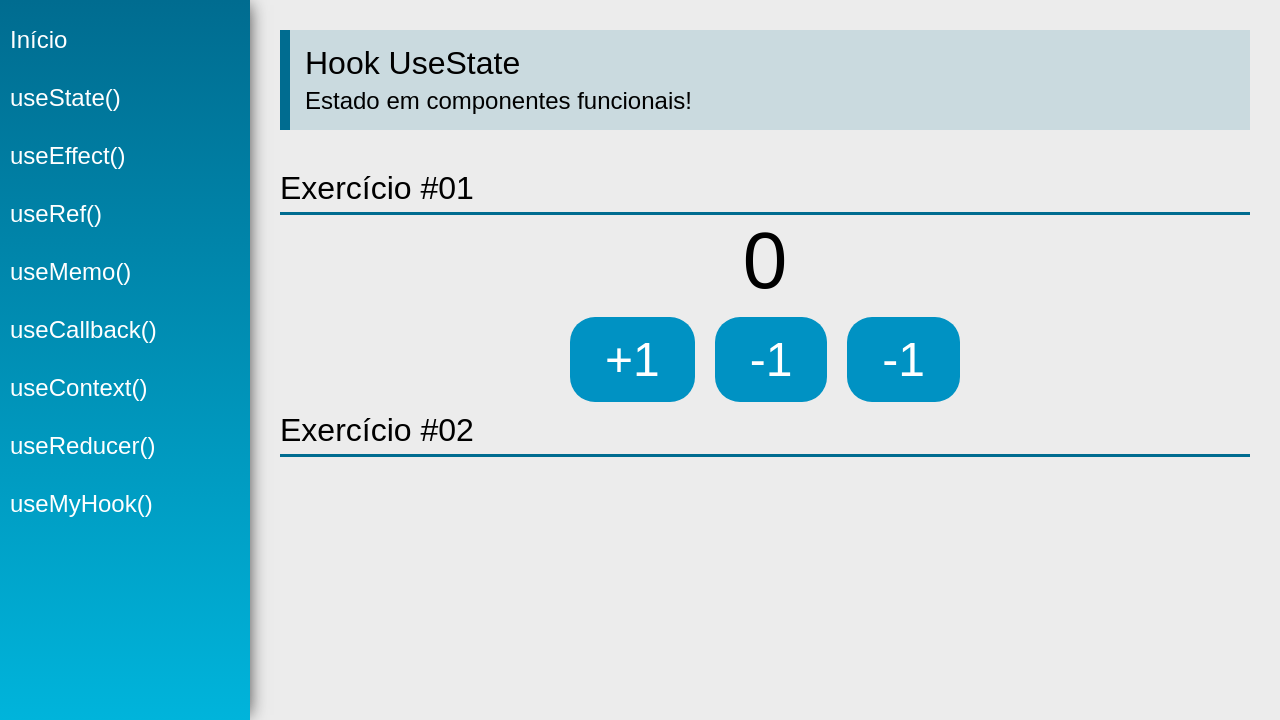
Repository: jean-siqueira/react-hoocks
Page: /useState
An editor plug-in stored every save of this project. The page is shown before and after the next save, followed by the edit.
The browser window is 1280 px wide. The pictures show the whole page.
The project was rebuilt for these pictures with package versions that can differ from the ones it lists, and the page was loaded fresh each time. Also part of the build but not shown: src/views/examples/Home.jsx, src/views/examples/NotFound.jsx, src/views/examples/UseEffect.jsx, src/views/examples/UseRef.jsx, src/views/examples/UseCallback.jsx, src/views/examples/UseMemo.jsx, src/views/examples/UseContext.jsx, src/views/examples/UseReducer.jsx and 1 more.

Above is the page before, as saved 2023-04-01 09:39:39.

After the next save:
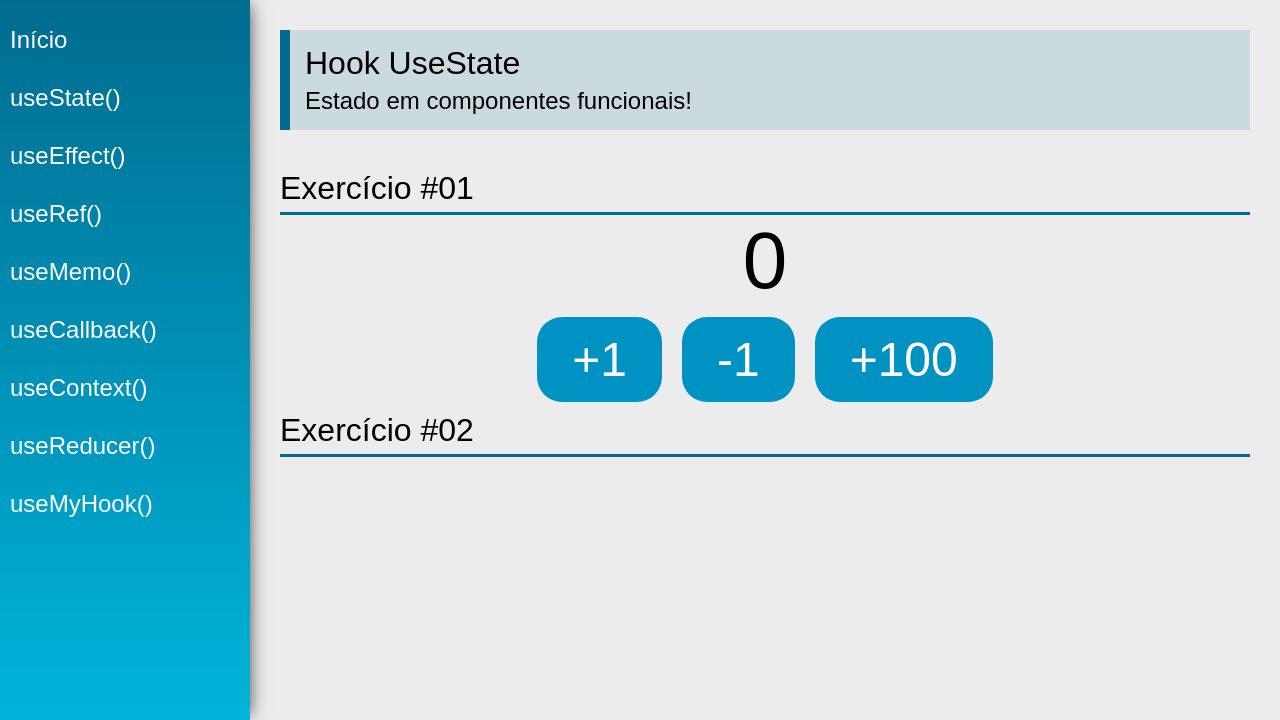
Saved 15 s later.
--- a/src/views/examples/UseState.jsx
+++ b/src/views/examples/UseState.jsx
@@ -18,7 +18,7 @@ const UseState = (props) => {
                 <div>
                     <button className="btn" onClick={()=>setCount(count +1)}>+1</button>
                     <button className="btn" onClick={()=>setCount(count -1)}>-1</button>
-                    <button className="btn" onClick={()=>setCount(current => current +100)}>-1</button>
+                    <button className="btn" onClick={()=>setCount(current => current +100)}>+100</button>
                 </div>
             </div>
 
